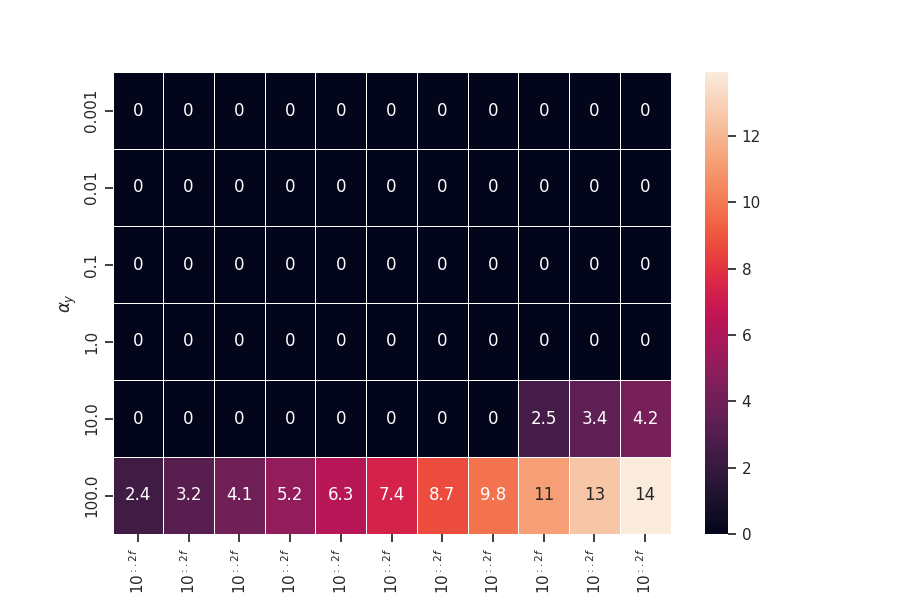
Repository: impermast/recombination
Script's output: python raschet/rec.py
An editor plug-in stored every save of this project. The script's output is shown before and after the next save, followed by the edit.
Random numbers start from a fixed seed.

Above is the script's output before, as saved 2023-05-13 20:02:29.

After the next save:
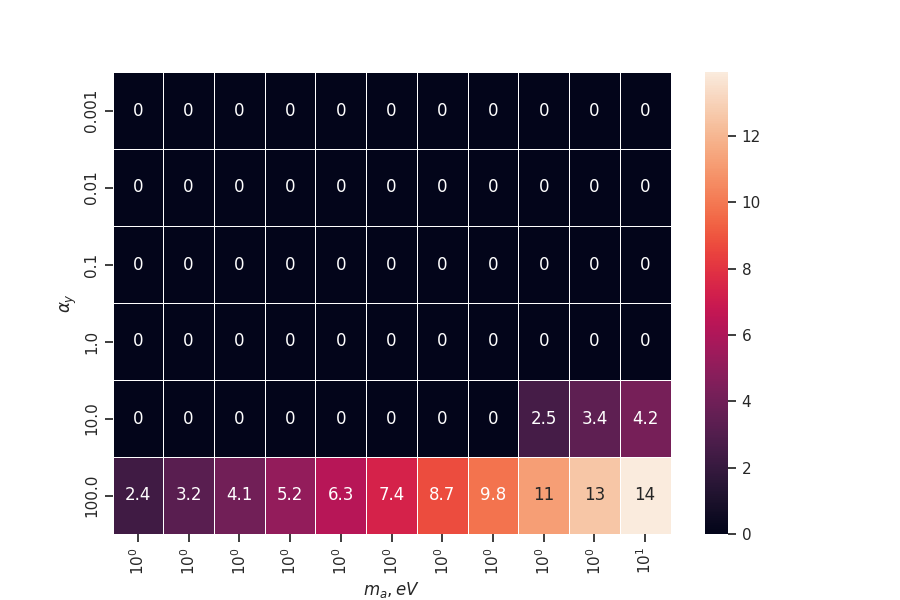
Saved 11 s later.
--- a/raschet/rec.py
+++ b/raschet/rec.py
@@ -111,7 +111,7 @@ def graph(T,r1,r2,rlim):
     print("graphs")
 def funcForFormatter(x, pos):
     a = int(np.log10(x))
-    return '$10^{{:.2f}}$'.format(a)
+    return '$10^{}$'.format(a)
 def kriteria(alp_range,m_range):
     global alpha,ma,err
     dens = [0]*len(alp_range)
